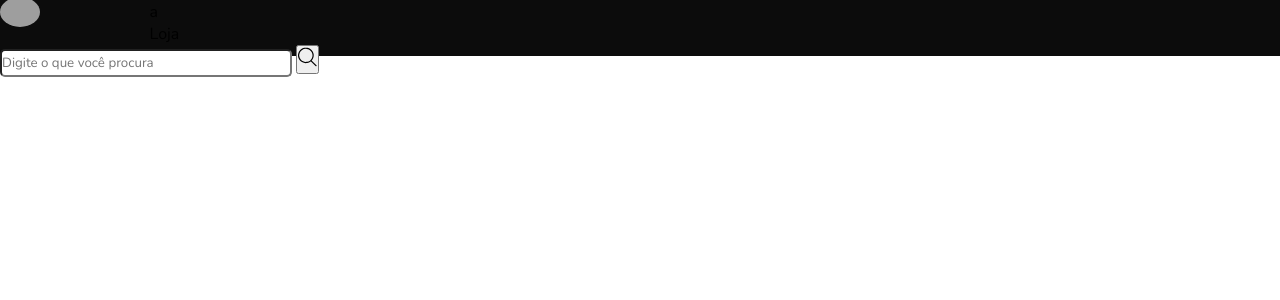
Repository: analessp/dicriastreet
Page: index.html
These files come from the project's save history. The page is drawn as it stood at one moment and after the next save; the edit follows.
The browser window is 1280 px wide. The pictures show the whole page.
Pictures or frames that could not be fetched are drawn as grey boxes.

Above is the page before, as saved 2025-04-17 11:28:56.

After the next save:
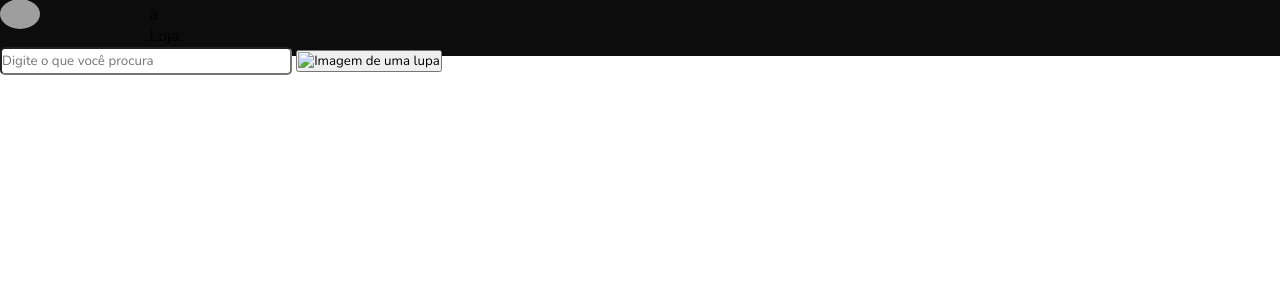
Saved 42 s later.
--- a/index.html
+++ b/index.html
@@ -25,7 +25,7 @@
         <div id="header-search-bar">
             <input type="text" placeholder="Digite o que você procura">
             <button>
-                <img src="/assets/search.svg" alt="Imagem de uma lupa">
+                <img id="/assets/search.svg" alt="Imagem de uma lupa">
         </div>
     </header>
     <main></main>
